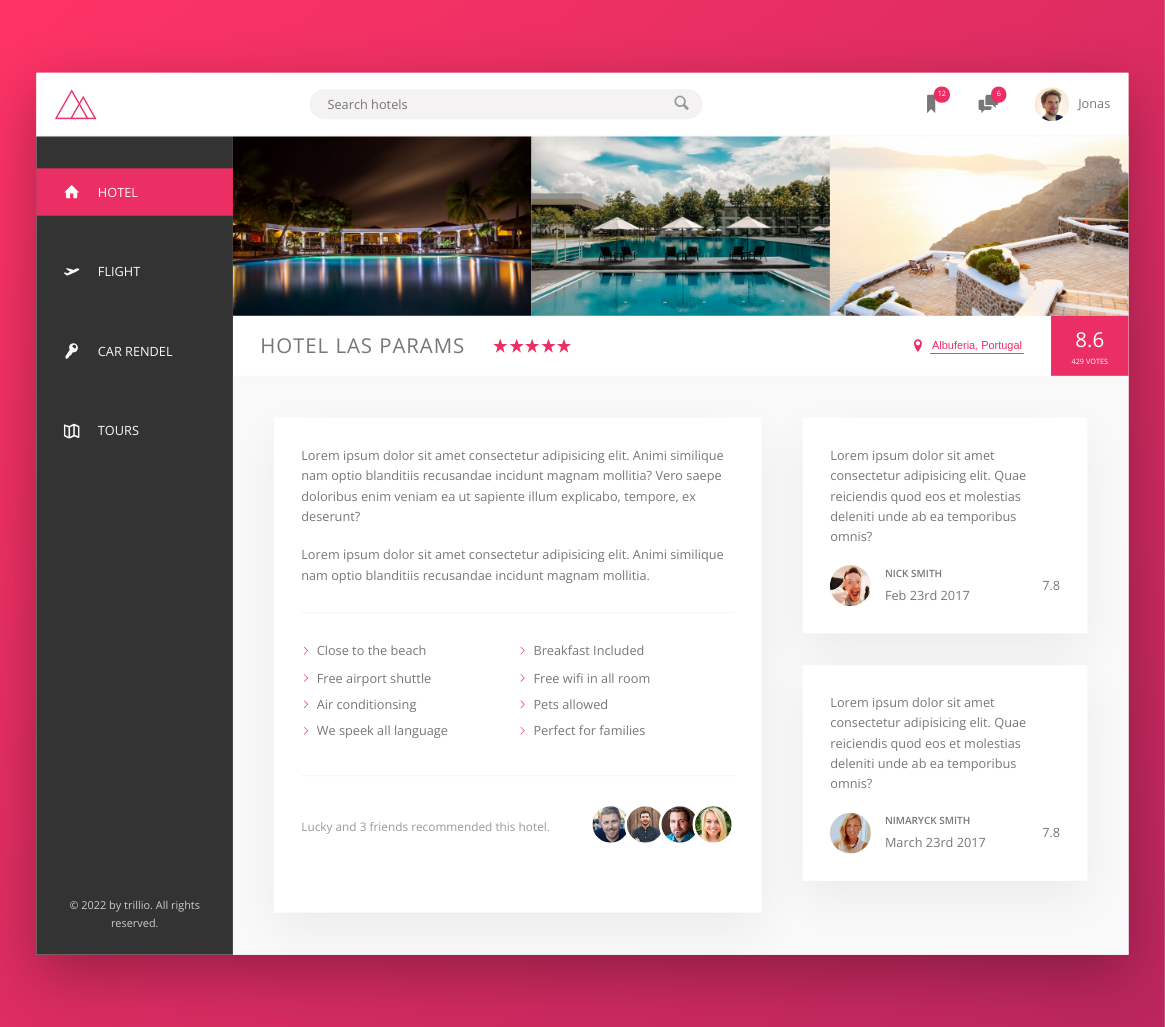
Repository: mohamediyas/flex_website
Page: index.html
These files come from the project's save history. The page is drawn as it stood at one moment and after the next save; the edit follows.
The browser window is 1280 px wide. The pictures show the whole page, at 91% of full size.
The style sheet was rebuilt from its Sass, Less or Tailwind sources for each picture, by a compiler version that may differ from the author's.

Above is the page before, as saved 2022-08-06 18:32:41.

After the next save:
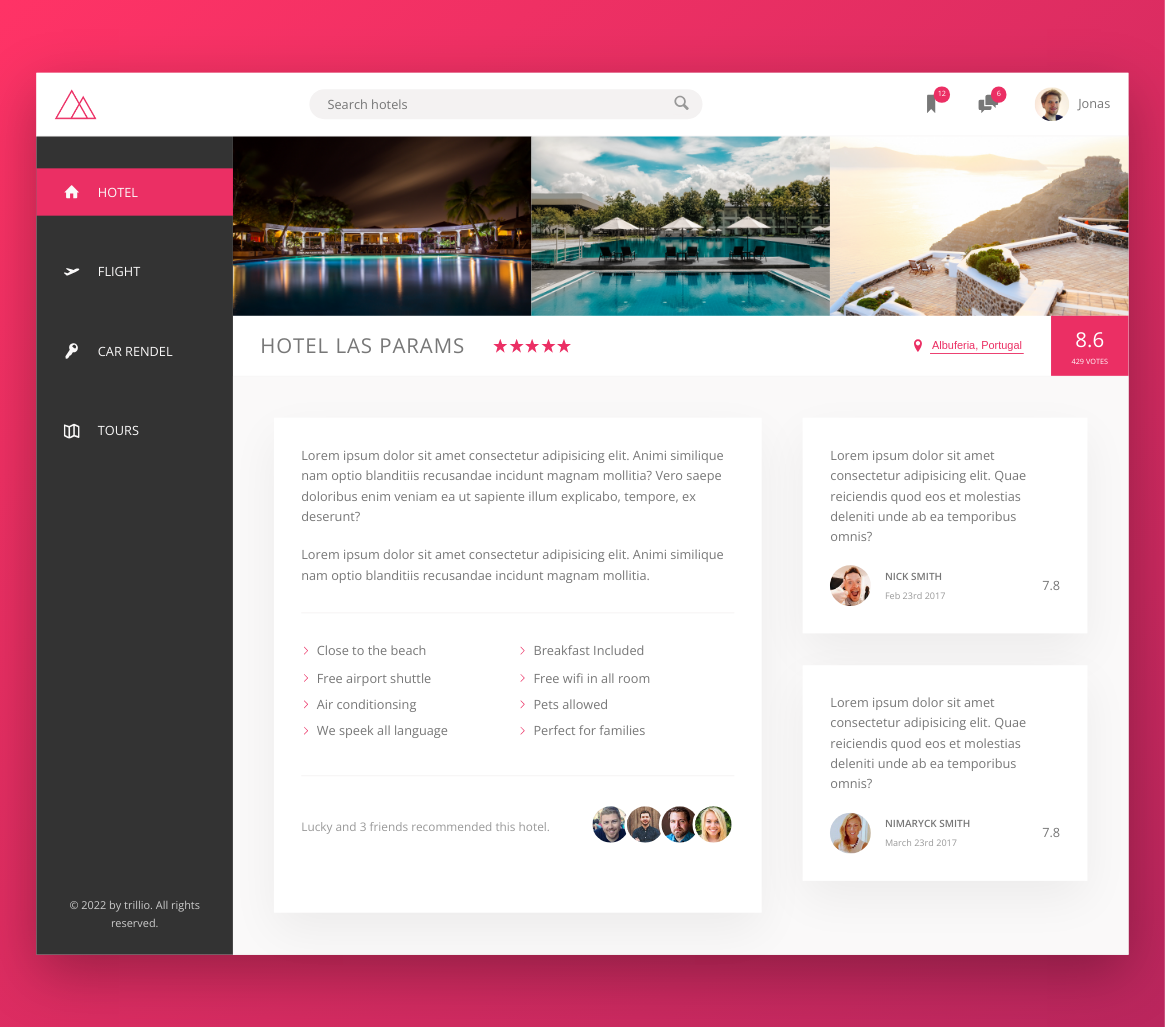
Saved 27 s later.
--- a/sass/_components.scss
+++ b/sass/_components.scss
@@ -340,6 +340,8 @@
   }
 
   &__user-date {
+    font-size: 1rem;
+    color: var(--color-grey-dark-3);
   }
 
   &__rating {
